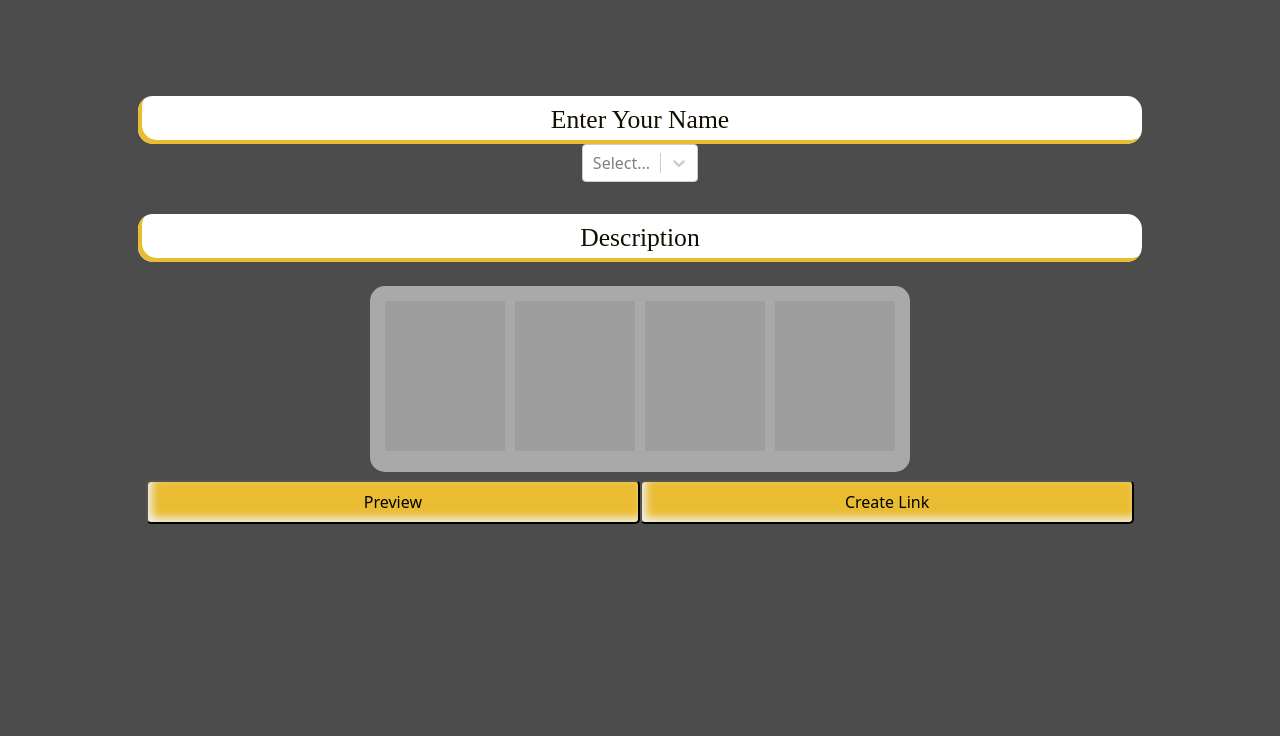
Repository: Haneef-Shaik/Greetings
Page: /
These files come from the project's save history. The page is drawn as it stood at one moment and after the next save; the edit follows.
The browser window is 1280 px wide. The pictures show the whole page.
Pictures or frames that could not be fetched are drawn as grey boxes. The project was rebuilt for these pictures with package versions that can differ from the ones it lists, and the page was loaded fresh each time. The framework's server and built-in components were replaced by stand-ins that run in the browser. Also part of the build but not shown: next.config.js, styles/card.module.scss, components/card.js, styles/socialShare.module.scss, components/socialShare.js.

Above is the page before, as saved 2021-12-04 21:08:33.

### pages/_app.js
import '../styles/globals.css'
import 'bootstrap/dist/css/bootstrap.css'


function MyApp({ Component, pageProps }) {
  return <Component {...pageProps} />
}

export default MyApp

### pages/index.js
import Card from "../components/card.js";
import {useRouter} from 'next/router';
import Ss from "../components/socialShare"
import InpFrm from "../components/inpForm"

export default function Home() {
  const {query} = useRouter();
  const myurls='./images/christmas/christmas1.webp';

  if(query.length > 0)
  {

    if(query.greeting)
    {
      return (
        <>
          <Card event={query.event} image={query.bgImg} name={query.name} greeting={query.greeting}  />
        </>
          )
    }
    else
    {
      return (
        <>
          <Card event={query.event} image={query.bgImg} name={query.name}  />
        </>
          )
    }

  }
  else
  {
    return (
        <>
          {/* <InpFrm /> */}
        {/* <Card event='Event' image={myurls} name='Name' color='red'   /> */}
        <InpFrm/>
        </>
        )
  }
    // return (
    //   <>
        {/* <Card event='Event' image={myurls} name='Name' color='red' greeting="Lorem Ipsum is simply dummy text of the printing and typesetting industry. Lorem Ipsum has been thing software like Aldus PageMaker including versions of Lorem Ipsum."  /> */}
        {/* <Ss mylink="localhost:3000/name=haneef&event=christmas" /> */}
    {/*     <Ss mylink="localhost:3000/name=haneef&event=christmasW&sddsajnodsoduaibdadbksa" /> */}
    //   </>
    //     )

}

### components/inpForm.jsx
import React, {useState,useRef} from 'react'

import 'bootstrap/dist/css/bootstrap.min.css';
import IMAGE from 'next/image';
import styles from '../styles/form.module.scss';
import SELECT from 'react-select';

function frame(e)
{
    setMyFrame('none')
}

function Edit() {

    const [myFrame,SetMyFrame]=useState('none');
    const [UserName,setName]=useState('');
    const [festivalName,setFestivalName]=useState({});
    const [IMG1,setImg]=useState('christmas.png');

    const customStyles = {
            control: (provided,state) => ({
            ...provided,
            margin:'0',
            padding:'0',
            textAlign:'center',
            fontFamily: 'Times New Roman',
            fontSize:'1.6rem',
            border:'none',
            backgroundColor:'#fff',
            borderRadius:'15px',
            boxShadow:'inset 4px -4px 0px #EABC32 ',
            lineHeight:'2.5rem',
            marginTop:'2rem'
        }),

        '#react-select-26-input':(provided, state)=>({
            ...provided,
            borderRadius:'50px',
            boxShadow:'none'
        }),

        placeholder: (provided, state) => ({
            ...provided,
            color:'#707070',
            boxShadow:'none'
        })

    }



    const Festivals=[

        {label: 'Christmas',value: 'christmas'},
        {label: 'New Year',value: 'newYear'}

    ];


    function sam1() {
        console.log(festivalName);
    }

    return (
        <div className="container-fluid p-2 "  style={{backgroundColor:'#4C4C4C'} }>
            <div className="container">
                <div className="row">
                    <div className="col-12">
                        <div className={styles.formContainer} >
                            <form className="formStyle p-0">
                                <input type="text" placeholder="Enter Your Name" className={styles.myInp} required />

                                <SELECT
                                    options={Festivals}
                                    onChange= { setFestivalName }
                                    className="myInp"
                                />
                                <input type="text" placeholder="Description" className={styles.myInp} optional />

                                <div className="d-flex justify-content-around align-items-center flex-wrap mt-4" style={{backgroundColor:'darkgrey',borderRadius:'15px',padding:'10px'}}>


                                <button onClick={()=>setImg('christmas.png')} className="btn p-1 btnhighlight" checked >
                                    <div onClick={(event)=>event.target.style.border = '5px solid blue'} className="MyImgCon">
                                        <IMAGE src='/images/christmas/christmas.webp' width="120" height="150" loading='eager' priority/>
                                    </div>
                                </button>

                                <button onClick={()=>setImg('christmas1.png')} className="btn p-1 btnhighlight">
                                    <div onClick={(event)=>{frame;event.target.style.border = '5px solid blue';}}>

                                    <IMAGE src='/images/christmas/christmas1.webp' width="120" height="150" loading='eager' priority/>
                                    </div>
                                </button>

                                <button onClick={()=>setImg('christmas2.png')} className="btn p-1 btnhighlight" >
                                    <IMAGE src='/images/christmas/christmas2.webp' width="120" height="150" loading='eager' priority/>
                                </button>

                                <button onClick={()=>setImg('christmas2.png')} className="btn p-1 btnhighlight">
                                    <IMAGE src='/images/christmas/christmas2.webp' width="120" height="150" loading='eager' priority/>
                                </button>

                                </div>

                                <div className="footerBanner p-2 m-0 d-flex justify-content-around" style={{width: '100%'}}>
                                    <button className="px-4 py-2" style={{backgroundColor:'#EABC32',boxShadow:'inset 4px -4px 8px #f0f0f0',width:'100%',borderRadius:'5px',color:'#000' }} > Preview</button>
                                    <button className="px-4 py-2" style={{backgroundColor:'#EABC32',boxShadow:'inset 4px -4px 8px #f0f0f0',width:'100%',borderRadius:'5px',color:'#000' }} > Create Link </button>
                                </div>
                            </form>
                        </div>
                    </div>
                </div>
            </div>
        </div>
    )
}

export default Edit;
class InvitationCard extends React.Component{
    render(){
        return (

                <div className="body p-2" style={{backgroundColor: this.props.c,backgroundImage:`url(${this.props.im})`,backgroundSize:350,backgroundRepeat:'no-repeat'}} >
                    <h1 id="heading" style={{color: this.props.heading}}>{this.props.name}</h1>
                    <p style={{marginTop: "50px",color: this.props.content}}>{this.props.message}</p>
                    <p style={{color: this.props.content}} id="toWhom">{this.props.to}</p>
                </div>
        )
    }

}

### styles/form.module.scss
.formContainer{
    padding:5%;
    min-height:100vh;
    background-color:#4C4C4C;
    // background: linear-gradient(#920000,#800000,#6D0000,#490000);
    .myInp {
        margin-top:2rem;
        text-align:center;
        font-family: 'Times New Roman', Times, serif;
        font-size:1.6rem;
        border:none;

        background-color:#fff;
        border-radius:15px;
        box-shadow: inset 4px -4px 0px #EABC32  ;
        line-height:3rem;
        width:100%;
        &::placeholder{
            color:#120E02;
        }
    }
    form{
        display: flex;
        align-items:center;
        justify-content: space-evenly;
        flex-direction: column;
        flex-wrap: wrap;

    }
    .bgImg:active{
        border: 5px solid white;
    }
}
.footerBanner{
    width:100vw;
}

Loaded but not shown: pages/api/hello.js (common file); styles/globals.css (common file)

After the next save:
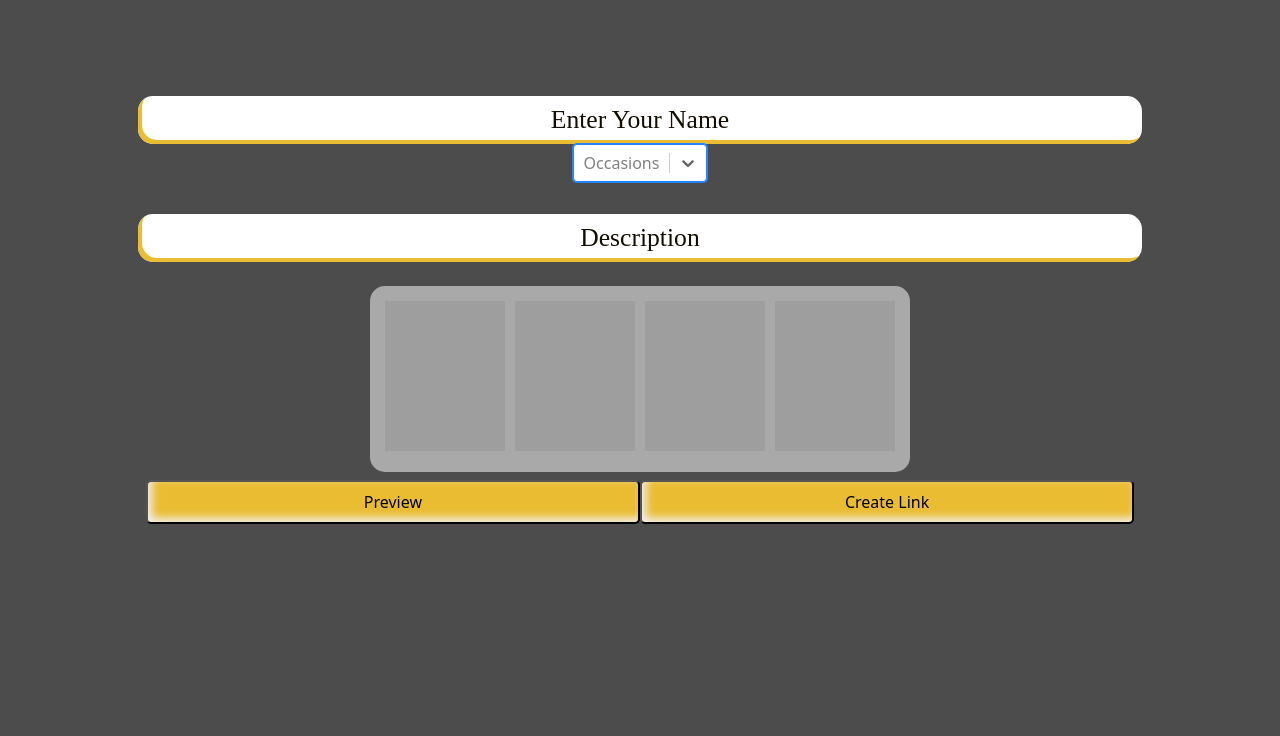
Saved 63 s later.
--- a/components/inpForm.jsx
+++ b/components/inpForm.jsx
@@ -74,6 +74,9 @@ function Edit() {
                                     options={Festivals}
                                     onChange= { setFestivalName }
                                     className="myInp"
+                                    placeholder="Occasions"
+                                    autoFocus
+                                    isSearchable
                                 />
                                 <input type="text" placeholder="Description" className={styles.myInp} optional />
 
